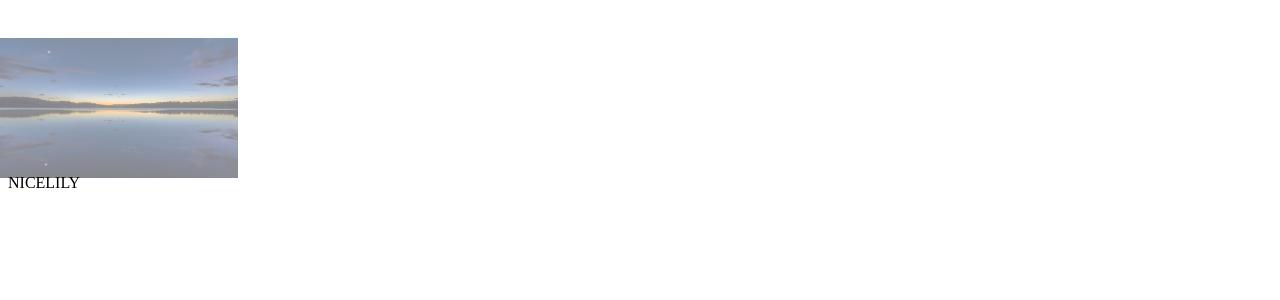
Repository: northpx/animation
Page: index.html
An editor plug-in stored every save of this project. The page is shown before and after the next save, followed by the edit.
The browser window is 1280 px wide. The pictures show the whole page.

Above is the page before, as saved 2022-12-19 20:33:53.

### index.html
<!DOCTYPE html>
<html lang="en">
<head>
    <meta charset="UTF-8">
    <meta http-equiv="X-UA-Compatible" content="IE=edge">
    <meta name="viewport" content="width=device-width, initial-scale=1.0">
    <link rel="stylesheet" href="style.css">
    <title>Document</title>
</head>
<body>
        <!-- <div class="box1">box1</div>
        <div class="box2">
            <div class="box_child"></div>
        </div>
        <div class="box3">box3</div>
        <div class="box4">box4</div>

        <div class="box_circle">

        </div>
        <div class="box_skew"></div> -->

        <div class="container">
            <img src="nature_lake_sunset_landscape_ultrahd_4k_wallpaper_3840x2160.jpg" alt="" class="image">
            <div class="content">
                <p>NICELILY</p>
            </div>
        </div>
</body>
</html>

### style.css
/* .box1{
    width: 100px;
    height: 100px;
    background-color: aqua;
    transform: rotateX(45deg);
}

.box2{
    width: 100px;
    height: 100px;
    background-color: bisque;
    transform: rotateY(-45deg);
}

.box3{
    width: 100px;
    height: 100px;
    background-color: blueviolet;
    transform: rotate(180deg);
} */
/* .box1{
    width: 100px;
    height: 100px;
    background-color: yellowgreen;
    transform: translateX(100px);
}

.box2{
    width: 200px;
    height: 200px;
    background-color: yellowgreen;
    position: relative;
}
.box_child{
    position: absolute;
    width: 20px;
    height: 20px;
    background-color: black;
    top: 50%;
    left: 50%;
    transform: translate(-50%, -50%);
}

.box3{
    width: 100px;
    height: 100px;
    background-color: antiquewhite;
    transform: translateY(100px);
}
.box4{
    width: 100px;
    height: 100px;
    background-color:  beige;
    transform: translateX(-50px);
}

.box_circle{
    width: 100px;
    height: 100px;
    background-color: blueviolet;
    border-radius: 50%;
    scale: 1;
    transition: all 0.3s ease-in-out;
}

.box_circle:hover{
    scale: 1.5;
}

.box_skew{
    width: 100px;
    height: 100px;
    background-color: bisque;
    /* transform: skewX(45deg); */
    /* transform: skew(50deg, 0deg);
/* } */

/* .box{
    width: 100px;
    height: 100px;
    background-color: aquamarine;
    margin: 50px;
    perspective: 300px;
    position: relative;
}
.box_child{
    width: 20px;
    height: 20px;
    background-color: blueviolet;
    top: 50%;
    left: 50%;
    position: absolute;
}

.box_child:hover{
    transform: translateZ(100px);
} */
.container{
    width: 180px;
    height: 200px;
    /* overflow: hidden; */
    position: relative;
}

 .image{
    width: 250px;
    height: 200px;
    object-fit: contain;
    transform: translateX(-20px);
    transition: all .5s linear;
    opacity: 0.5;
}

.image:hover{
    transform: translateX(0px);
    opacity: 1;
}

.content p{
    position: absolute;
    color: black;
    top: 150px;
}

After the next save:
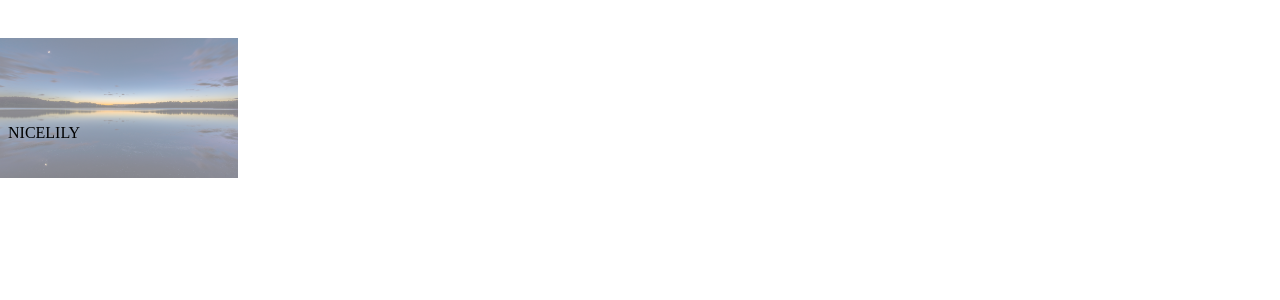
Saved 7 s later.
--- a/style.css
+++ b/style.css
@@ -119,5 +119,5 @@
 .content p{
     position: absolute;
     color: black;
-    top: 150px;
+    top: 100px;
 }
